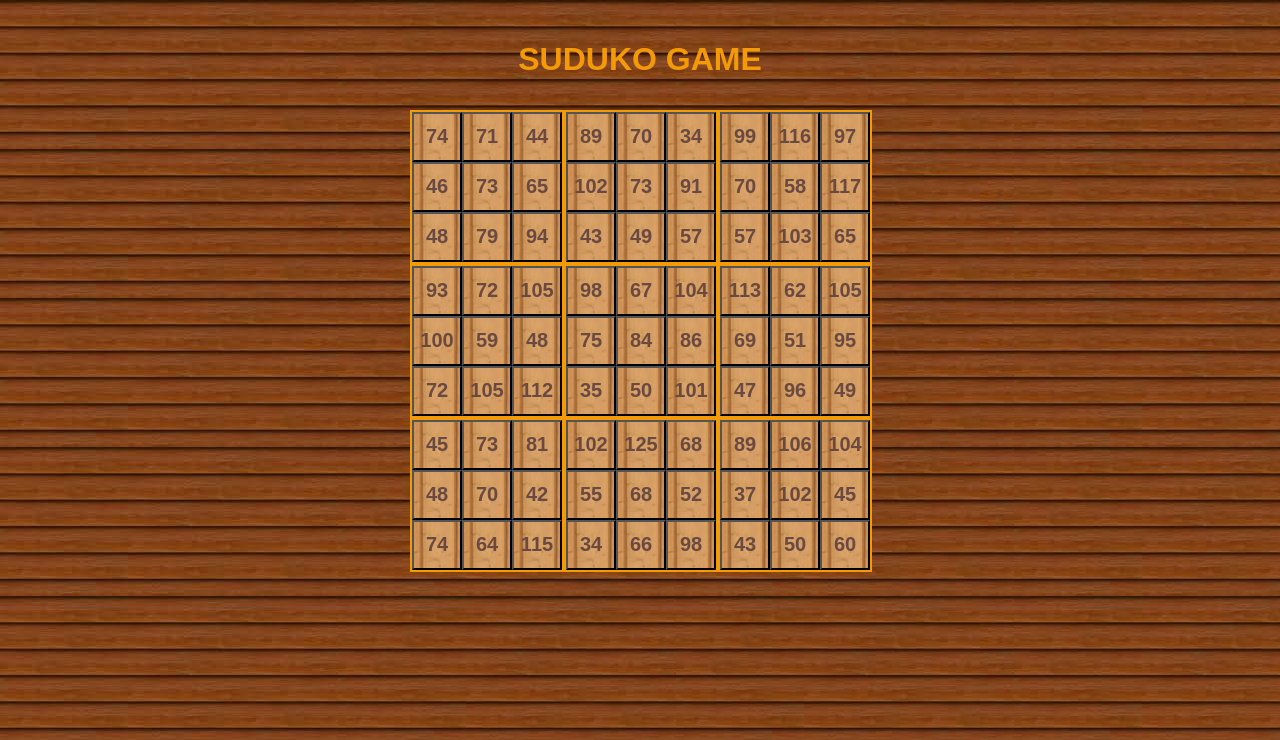
Repository: ahmad8969/Suduko-Game-React-App
Page: /
These files come from the project's save history. The page is drawn as it stood at one moment and after the next save; the edit follows.
The browser window is 1280 px wide. The pictures show the whole page.
Some web fonts or font styles are not loaded; a fallback is used. The project was rebuilt for these pictures with package versions that can differ from the ones it lists, and the page was loaded fresh each time.

Above is the page before, as saved 2021-02-26 13:02:47.

### src/index.js
import React from 'react';
import ReactDOM from 'react-dom';
import './index.css';
import Board from './board';
import reportWebVitals from './reportWebVitals';

ReactDOM.render(
  <React.StrictMode>
    <Board />
  </React.StrictMode>,
  document.getElementById('root')
);

// If you want to start measuring performance in your app, pass a function
// to log results (for example: reportWebVitals(console.log))
// or send to an analytics endpoint. Learn more: https://bit.ly/CRA-vitals
reportWebVitals();

### src/board.js
import React, {useState} from 'react';
import './App.css';
import Block from './components/block'
import NineBlock from './components/nineBlockComponent';


function Board () {
  const nine_block_Element_into_Nine = [1,2,3,4,5,6,7,8,9];
  // let getting_state = '';

  // const check = function(){
  //   var pro = prompt("Enter", "Please");
  //   setNumber(pro);
  //   console.log(getting_state);

  // }

  return (

    <div className="App">
    <h1>SUDUKO GAME </h1>
    <div className="board_nine_block_Style">
    {nine_block_Element_into_Nine.map(()=>{
      return(
      <div>
      <NineBlock>
      {nine_block_Element_into_Nine.map(()=>{
        let random = Math.floor(Math.random() * (33 - 126)) + 126;
        const character = String.fromCharCode(random);
        {/* let [number]= useState(character); */}

      return(
        <div>
          <Block  number={random}></Block>
          </div>
      )
      })
      }
      </NineBlock>
      </div>
      )
    })
    }
    </div>

    </div>
  );
}

export default Board;

### src/App.css
@import url('http://fonts.cdnfonts.com/css/game');
.App {
  text-align: center;
  background-image: url('images/download.jpg');
  color:rgb(245, 154, 7);
  padding-top:20px;
  font-family: 'GAME', sans-serif;
  /* display: flex; */
   height: 100vh !important;
  /* width: 490px !important; */
  margin: 0 auto;

}

.board_nine_block_Style{
  height: 460px !important;
  width: 460px !important;
  /* border:2px solid black !important; */
  padding: 10px;
  margin: 0 auto !important;
  display: grid;
  grid-column-gap: 0px !important;
  grid-row-gap: 0px !important;
  grid-template-columns:repeat(3,1fr)!important;
}
.heading{
  color: white;
  text-align:center;
  padding-top:50px!important;
  /* margin-top: 10px!important; */
  font-size: 30px;

}


/* @keyframes App-logo-spin {
  from {
    transform: rotate(0deg);
  }
  to {
    transform: rotate(360deg);
  }
} */

### src/components/block.js
import React, {useState} from 'react';
import './block.css'

const Block = (props) =>{

    let[value, setValue]= useState(props.number);

    // const changeState = () =>{
    //     let getting_new_value = prompt('enter New Value:', 'enter digit' );
    //     if(getting_new_value <=10){
    //         setValue(getting_new_value);
    //     }else{
    //         alert('enter digits 0-9 please'  +  getting_new_value  +  'is invalid number')
    //     }


    // }
    const changeState = () =>{

        // stateValue.style.display ='none';
        var input1=  document.createElement('INPUT');
        input1.setAttribute("type", "text");
        // input1.setAttribute("value", );
        input1.style.height= '60px';
        input1.style.width= '60px';
        input1.style.position="relative";

        input1.style.zIndex="1"
        input1.backgroundColor='pink !important';
        // input1.style.backgroundImage= 'url(../images/wood.jpg)';
        input1.style.fontSize= '20px';
        input1.style.fontWeight='600'
        input1.style.color='black'
        let stateValue = document.getElementById('valueOfState').appendChild(input1);

        let num = stateValue
        console.log(num)
        // setValue(num);



    }





    return (
        <div className="button_block">
            {/* <button onClick={changeState}>{value} </button> */}
            <button onClick={props.click}> <span id="valueOfState">{props.number}</span> </button>
        </div>
    )
}

export default Block;

### src/components/nineBlockComponent.js
import React from 'react';
import Block from './block'
import './block.css'

const NineBlockBox = (props) =>{
    const single_block_Into_Nine = [1,2,3,4,5,6,7,8,9];


    let check_Function = () =>{
        alert('working');
    }



     const changeState = () =>{

        // stateValue.style.display ='none';
        var input1=  document.createElement('INPUT');
        input1.setAttribute("type", "text");
        // input1.setAttribute("value", );
        input1.style.height= '60px';
        input1.style.width= '60px';
        input1.style.position="relative";

        input1.style.zIndex="1"
        input1.backgroundColor='pink !important';
        // input1.style.backgroundImage= 'url(../images/wood.jpg)';
        input1.style.fontSize= '20px';
        input1.style.fontWeight='600'
        input1.style.color='black'
        let stateValue = document.getElementById('valueOfState').appendChild(input1);

        let num = stateValue
        console.log(num)
        // setValue(num);



    }
    return (
        <div className="nine_block_Style">
        {props.children}
        </div>
    )
}
export default NineBlockBox;

### src/components/block.css
.button_block button{
    height: 50px !important;
    width: 50px !important;
    background-image: url('../images/wood.jpg');
    /* background-color: aquamarine !important; */
    margin: 0!important;
    font-size: 20px!important;
    font-weight:600;
    /* color:rgb(109,84,62); */
    color: #6a4940;
}
.nine_block_Style{
    height: 150px !important;
    width: 150px !important;
    border:2px solid rgb(245, 154, 7) !important;
    display: grid;
    margin: 0!important;
    grid-template-columns:repeat(3,1fr)!important;
    grid-column-gap: 0px !important;
    grid-row-gap: 0px !important;
}

Loaded but not shown: public/index.html (common file); src/index.css (common file); src/reportWebVitals.js (common file)

After the next save:
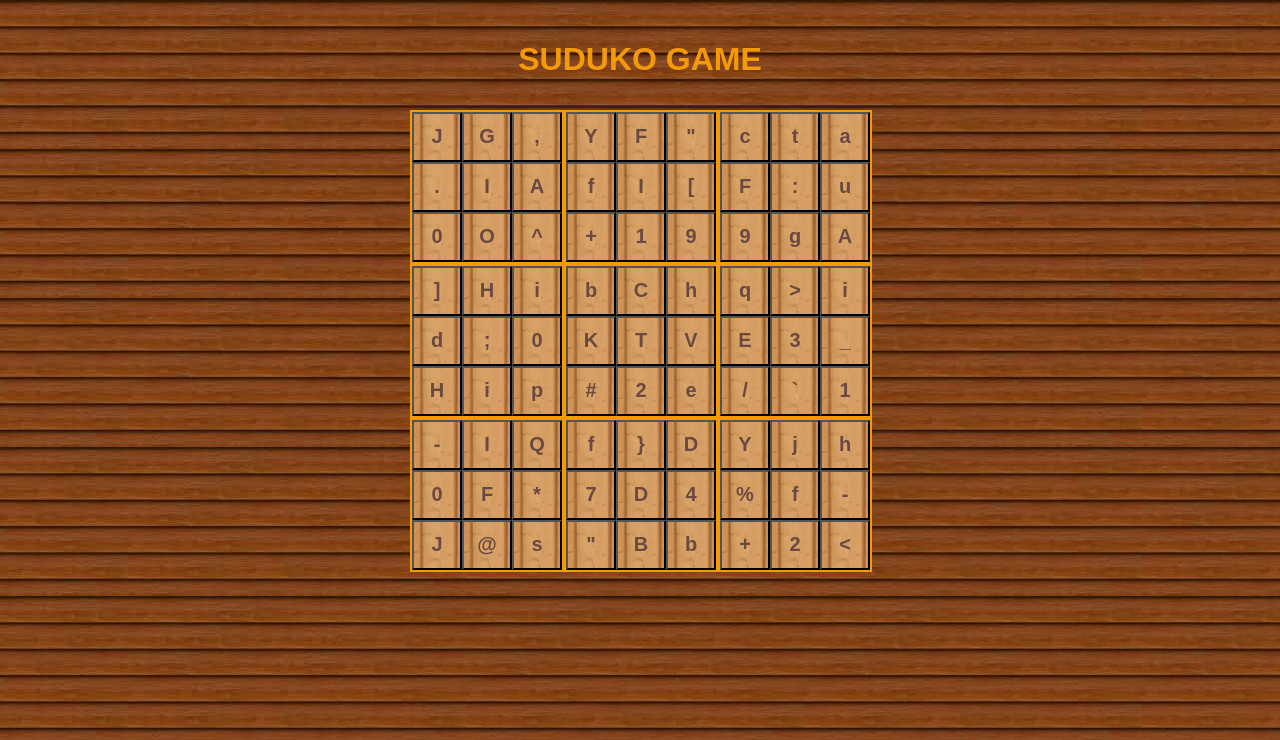
Saved 22 s later.
--- a/src/board.js
+++ b/src/board.js
@@ -31,7 +31,7 @@ function Board () {
 
       return(
         <div>
-          <Block  number={random}></Block>
+          <Block  number={character}></Block>
           </div>
       )
       })
